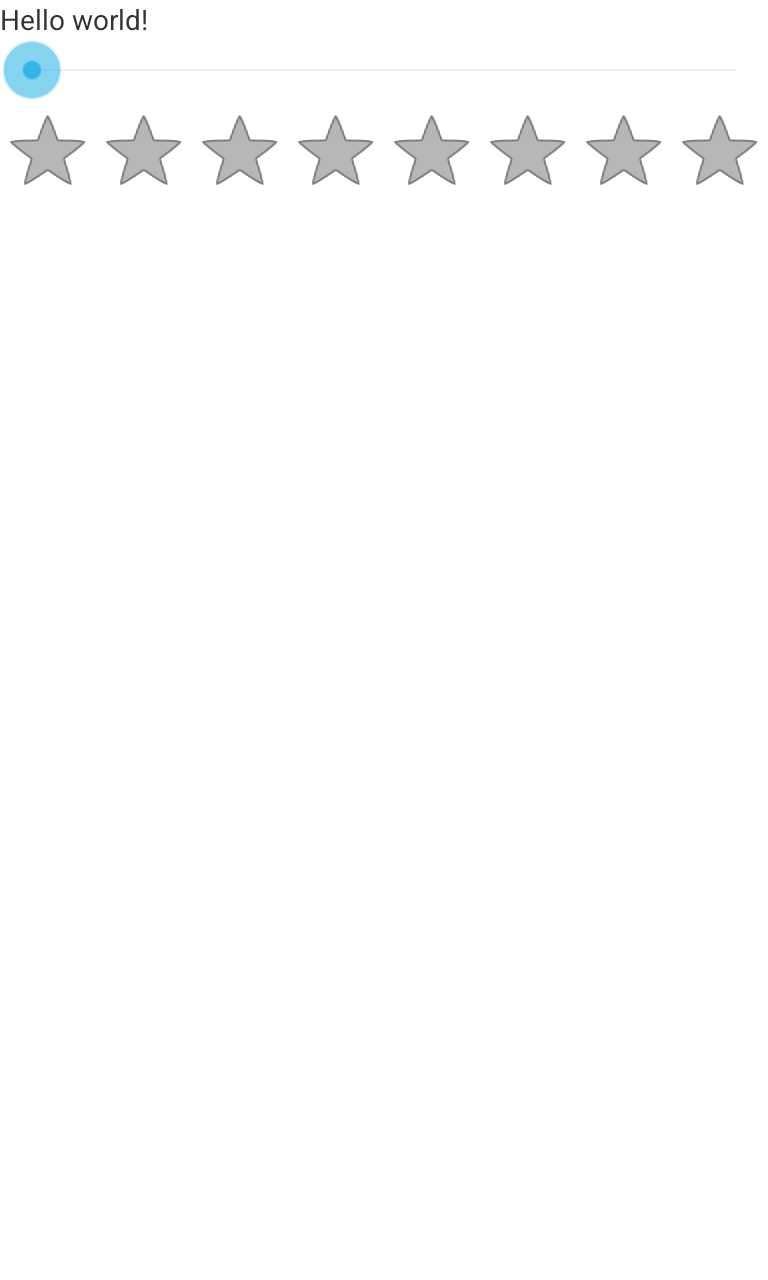
Repository: ChenLongAHXC/AndroidPractice
Layout: SeekBarAndRatingBar/res/layout/activity_main.xml
An editor plug-in stored every save of this project. The layout is shown before and after the next save, followed by the edit.
It is drawn on a 768 x 1280 px phone screen (xhdpi) without system bars, with theme AppTheme; the app's code is not run.

Above is the layout before, as saved 2014-04-16 15:10:27.

After the next save:
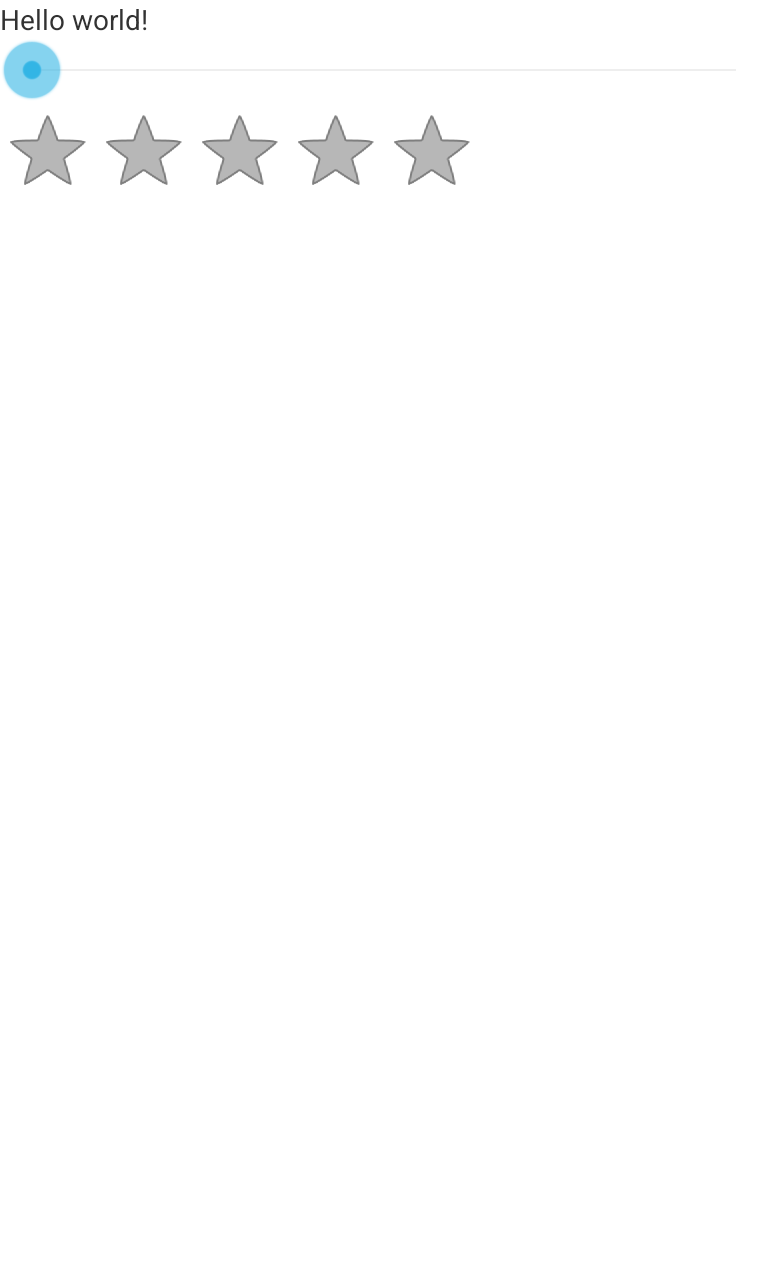
Saved 2 min 24 s later.
--- a/SeekBarAndRatingBar/res/layout/activity_main.xml
+++ b/SeekBarAndRatingBar/res/layout/activity_main.xml
@@ -16,11 +16,8 @@
         />
 
     <RatingBar
-        android:id="@+id/myRatingBar"
-        android:layout_width="fill_parent"
-    	android:layout_height="wrap_content"
-    	android:numStars="5"
-    	android:stepSize="1"
-        />
+        android:id="@+id/ratingBar1"
+        android:layout_width="wrap_content"
+        android:layout_height="wrap_content" />
 
 </LinearLayout>
